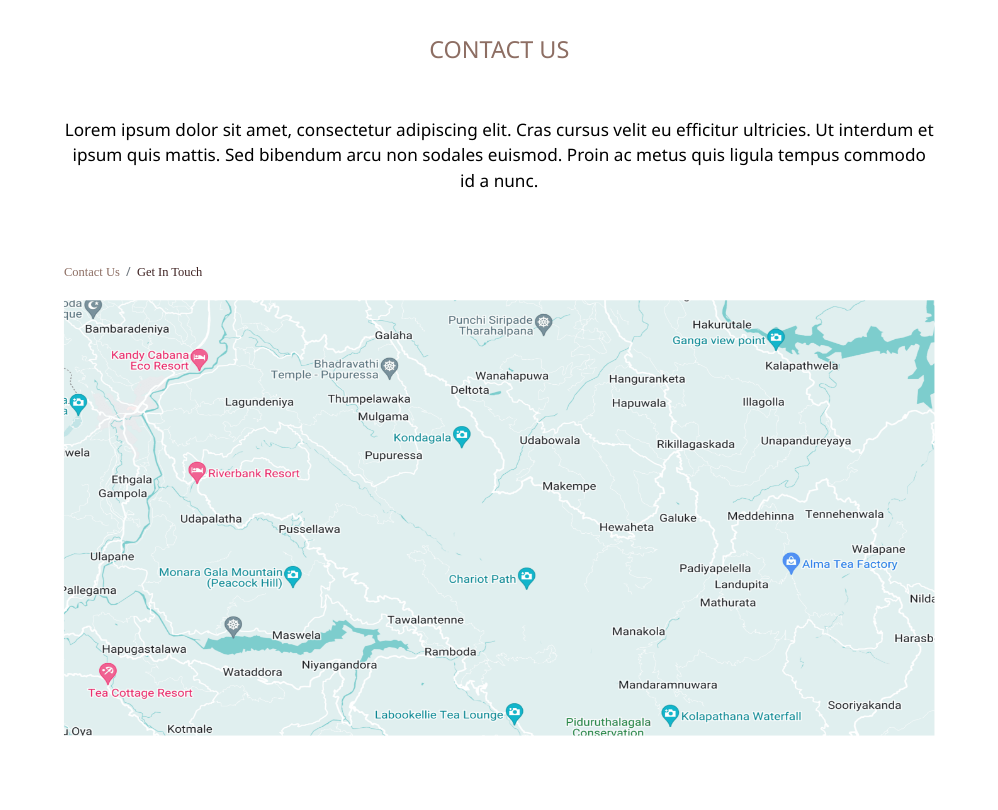
Repository: kaushalyaweerakoon/Plantation-Villa
Page: contact-us.html
The author's editor kept a copy of each file at every save. The page is drawn from the files as they stood at one save, then again after a run of saves.
The browser window is 1280 px wide. The pictures show the whole page, at 78% of full size.
Some web fonts or font styles are not loaded; a fallback is used.

Above is the page before, as saved 2022-08-15 11:14:04.
Not found: assets/js/main.js

After the next 5 saves:
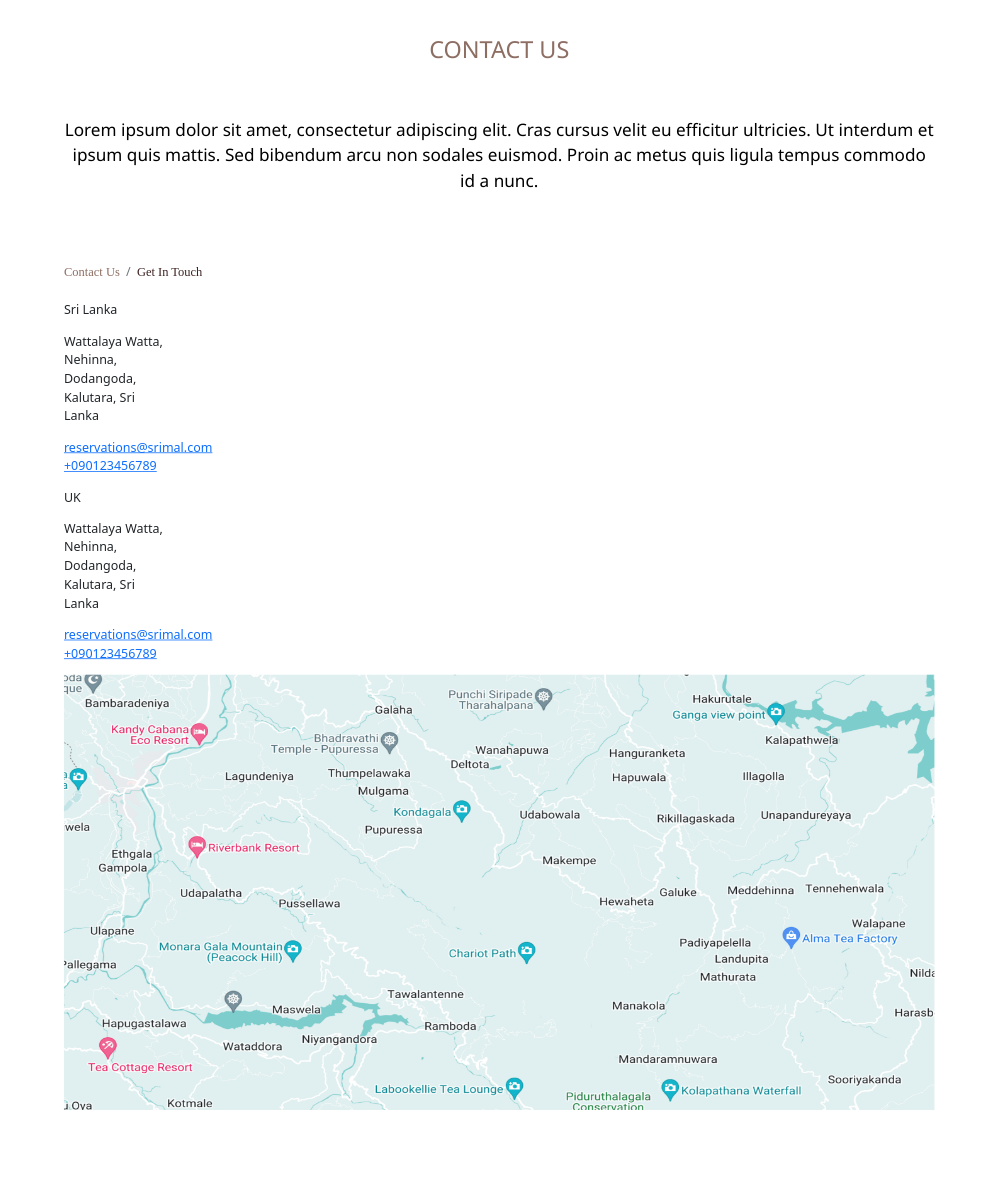
The 5 saves are shown as one change because they came seconds apart.
The last was saved 19 s later.
--- a/contact-us.html
+++ b/contact-us.html
@@ -51,9 +51,45 @@
             </li>
         </ol>
     </nav>
-    <!--/ Breadcrumb -->
 
+
+    <div class="col-md-4 col-xl-2 pe-xl-5 order-1">
+        <div class="row gy-3 gx-4">
+            <div class="col col-xl-12">
+                <p class="">Sri Lanka</p>
+                <p class="">Wattalaya Watta,
+                    Nehinna, Dodangoda,
+                    Kalutara, Sri Lanka</p>
+                <ul class="list-unstyled">
+                    <li><a class="" href="reservations@srimal.com">reservations@srimal.com</a>
+                    </li>
+                    <li><a class="" href="tel:++090123456789">+090123456789</a></li>
+                </ul>
+            </div>
+        </div>
+    </div>
+
+
+    <div class="col-md-4 col-xl-2 pe-xl-5 order-1">
+        <div class="row gy-3 gx-4">
+            <div class="col col-xl-12">
+                <p class="">UK</p>
+                <p class="">Wattalaya Watta,
+                    Nehinna, Dodangoda,
+                    Kalutara, Sri Lanka</p>
+                <ul class="list-unstyled">
+                    <li><a class="" href="reservations@srimal.com">reservations@srimal.com</a>
+                    </li>
+                    <li><a class="" href="tel:++090123456789">+090123456789</a></li>
+                </ul>
+            </div>
+        </div>
+    </div>
 </div>
+</div>
+<!--/ Breadcrumb -->
+
+
 
 <!-- section-->
 <section class="container mb-5 pb-5">
